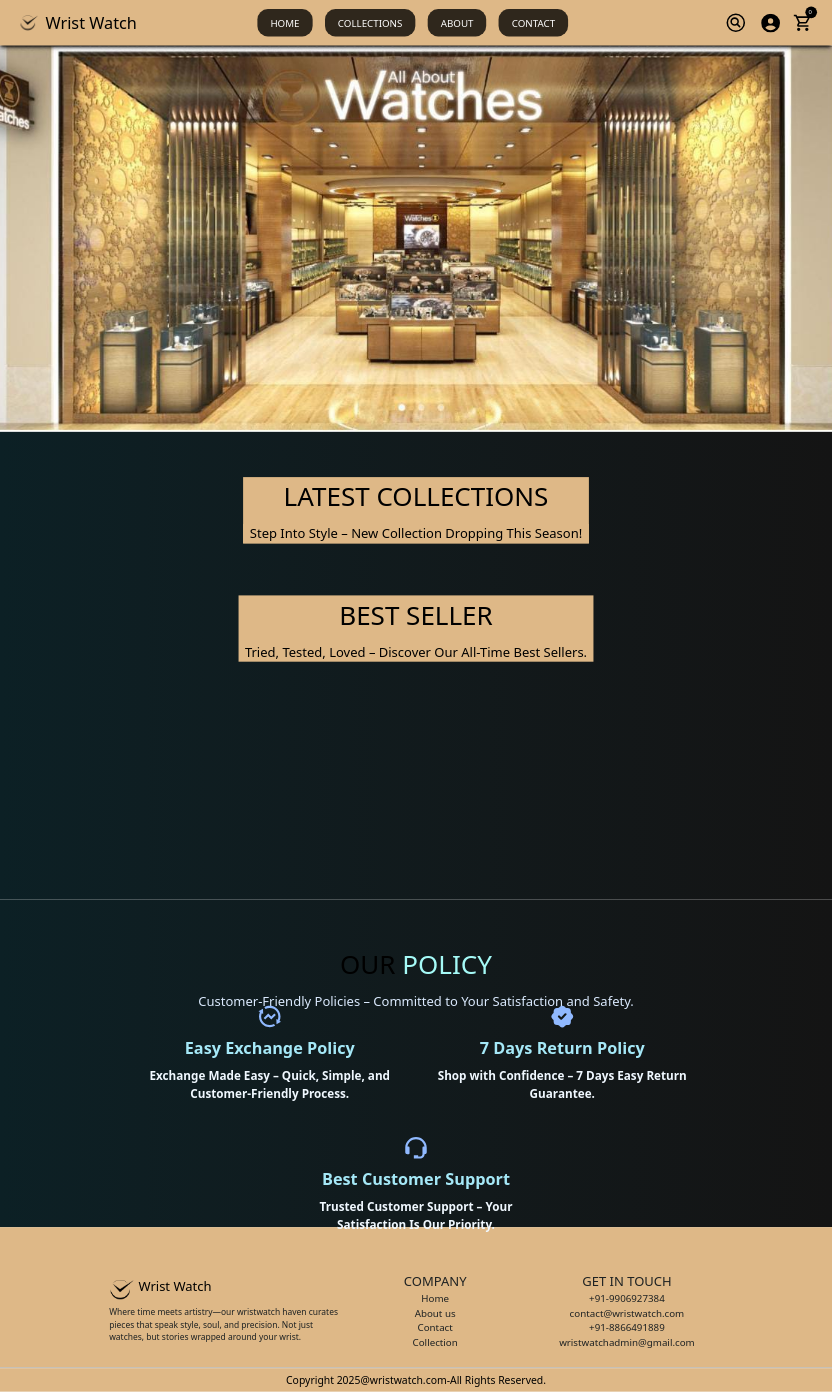
Repository: mansibhanushali/online_watch_ecommerce_mernstack_webapplication
Page: / (app in frontend/)
An editor plug-in stored every save of this project. The page is shown before and after the next save, followed by the edit.
The browser window is 1280 px wide. The pictures show the whole page, at 65% of full size.
The page's requests for data from a server got no answer. The project was rebuilt for these pictures with package versions that can differ from the ones it lists, and the page was loaded fresh each time. No one was signed in, and anything a server would have sent is missing. Also part of the build but not shown: frontend/vite.config.js, frontend/src/component/Loading.jsx, frontend/src/pages/Registration.jsx, frontend/src/component/Card.jsx, frontend/src/pages/Login.jsx, frontend/src/pages/About.jsx, frontend/src/pages/Collections.jsx, frontend/src/pages/Contact.jsx and 6 more.

Above is the page before, as saved 2025-08-16 16:54:22.

After the next save:
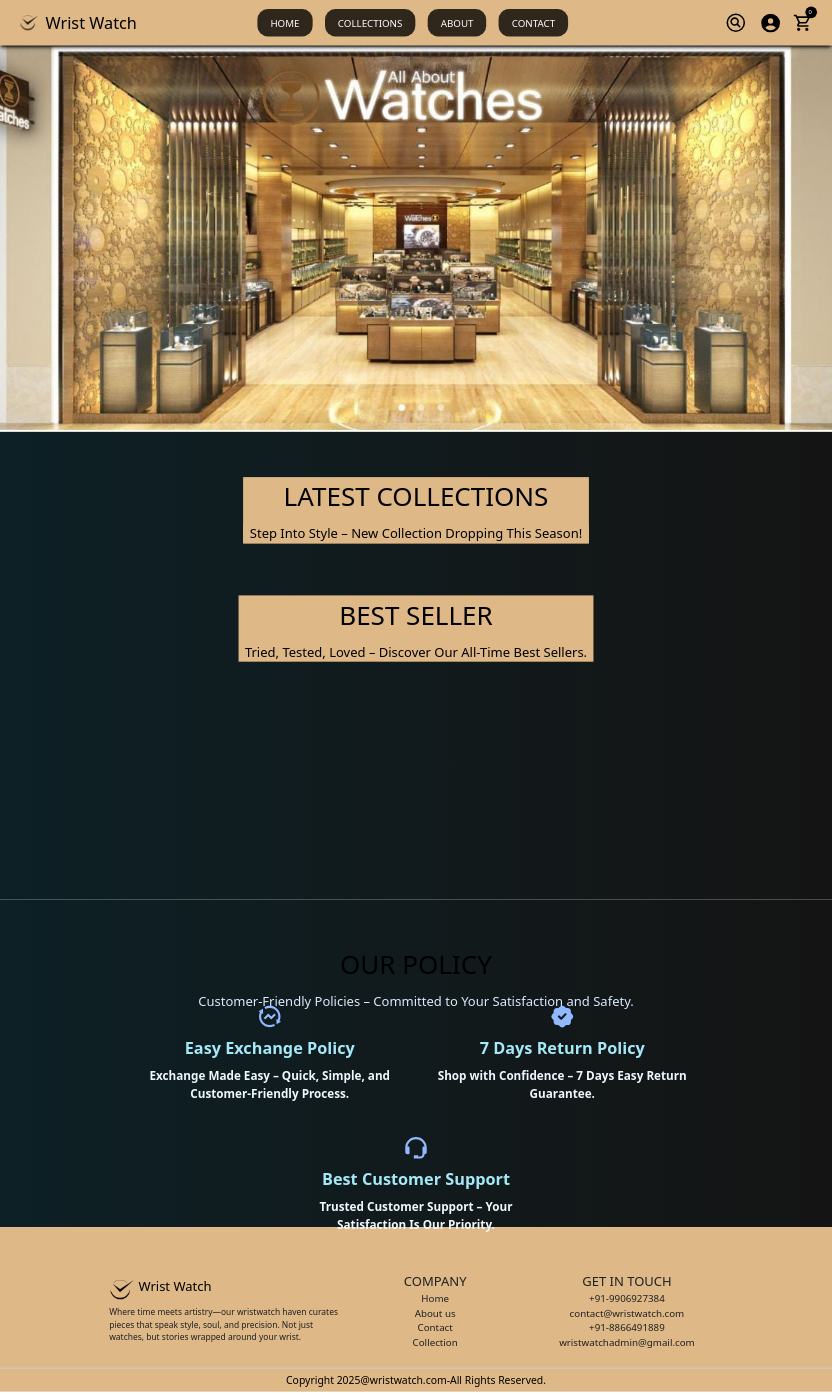
Saved 8 s later.
--- a/frontend/src/component/OurPolicy.jsx
+++ b/frontend/src/component/OurPolicy.jsx
@@ -8,7 +8,7 @@ function OurPolicy() {
   return (
     <div className='w-[100vw] h-[100vh] md:h-[70vh] flex items-center justify-start flex-col  bg-gradient-to-l from-[#141414] to-[#0c2025] gap-[50px] '>
         <div className='h-[8%] w-[100%] text-center mt-[70px] '>
-            <Title text1={<span className='text-[black]'>OUR</span>} text2={"POLICY"}/>
+            <Title text1={<span className='text-[black]'>OUR</span>} text2={<span className='text-[black]'>POLICY</span>}/>
             <p className='w-[100%] m-auto text-[13px] md:text-[20px] px-[10px] text-blue-100 '>Customer-Friendly Policies – Committed to Your Satisfaction and Safety.</p>
         </div>
       <div className='w-[100%] md:min-h-[50%] h-[20%] flex items-center justify-center flex-wrap lg:gap-[50px] gap-[80px]'>
